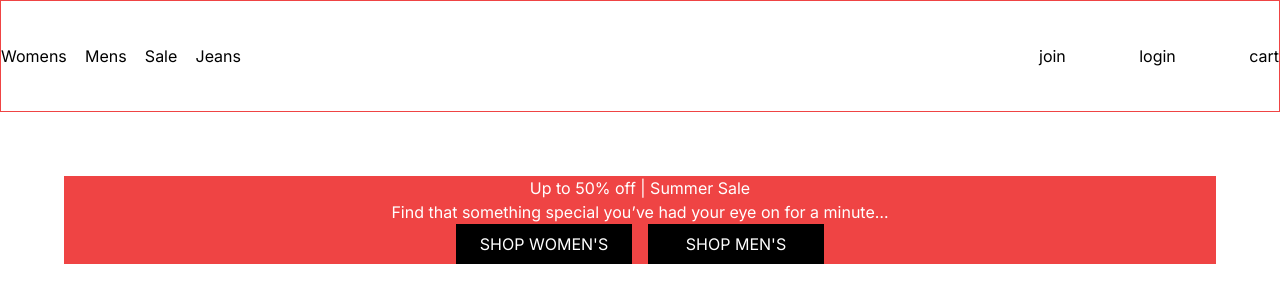
Repository: harrywebb21/stil-clothing
Page: /
These files come from the project's save history. The page is drawn as it stood at one moment and after the next save; the edit follows.
The browser window is 1280 px wide. The pictures show the whole page.
The project was rebuilt for these pictures with package versions that can differ from the ones it lists, and the page was loaded fresh each time. The framework's server and built-in components were replaced by stand-ins that run in the browser. Also part of the build but not shown: next.config.js.

Above is the page before, as saved 2023-06-08 16:08:21.

### src/app/page.js
"use client";
import Image from "next/image";
import Navbar from "./components/Navbar";
import SaleBox from "./components/SaleBox";

export default function Home() {
  return (
    <div>
      <Navbar />
      <div className="flex justify-center items-center p-16">
        <SaleBox />
      </div>
    </div>
  );
}

### src/app/components/Navbar.js
export default function Navbar() {
  return (
    <div className=" border border-red-500 h-28 flex justify-between items-center sticky t-0 l-0 w-screen">
      <ul className=" flex justify-between w-60">
        <li>
          <a href="/womens">Womens</a>
        </li>
        <li>
          <a href="/mens">Mens</a>
        </li>
        <li>
          <a href="/sale">Sale</a>
        </li>
        <li>
          <a href="/jeans">Jeans</a>
        </li>
      </ul>

      <ul className="flex justify-between w-60">
        <li>
          <a href="/join">join</a>
        </li>
        <li>
          <a href="/login">login</a>
        </li>
        <li>
          <a href="/cart">cart</a>
        </li>
      </ul>
    </div>
  );
}

### src/app/components/SaleBox.js
export default function SaleBox() {
  return (
    <div className="flex flex-col justify-center items-center  bg-red-500 text-white w-screen m">
      <h1> Up to 50% off | Summer Sale</h1>
      <p>Find that something special you’ve had your eye on for a minute…</p>
      <div className="gap-4 flex">
        <button className="bg-black text-white px-4 py-2 text-center  w-44">
          SHOP WOMEN'S
        </button>
        <button className="bg-black text-white px-4 py-2  text-center w-44">
          SHOP MEN'S
        </button>
      </div>
    </div>
  );
}

Loaded but not shown: src/app/layout.js (common file); src/app/globals.css (common file); tailwind.config.js (common file)

After the next save:
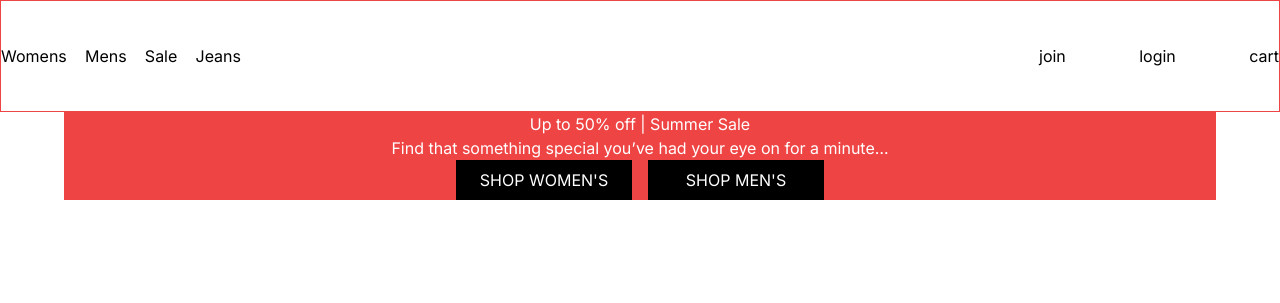
Saved 20 s later.
--- a/src/app/page.js
+++ b/src/app/page.js
@@ -7,7 +7,7 @@ export default function Home() {
   return (
     <div>
       <Navbar />
-      <div className="flex justify-center items-center p-16">
+      <div className="flex justify-center items-center px-16">
         <SaleBox />
       </div>
     </div>
